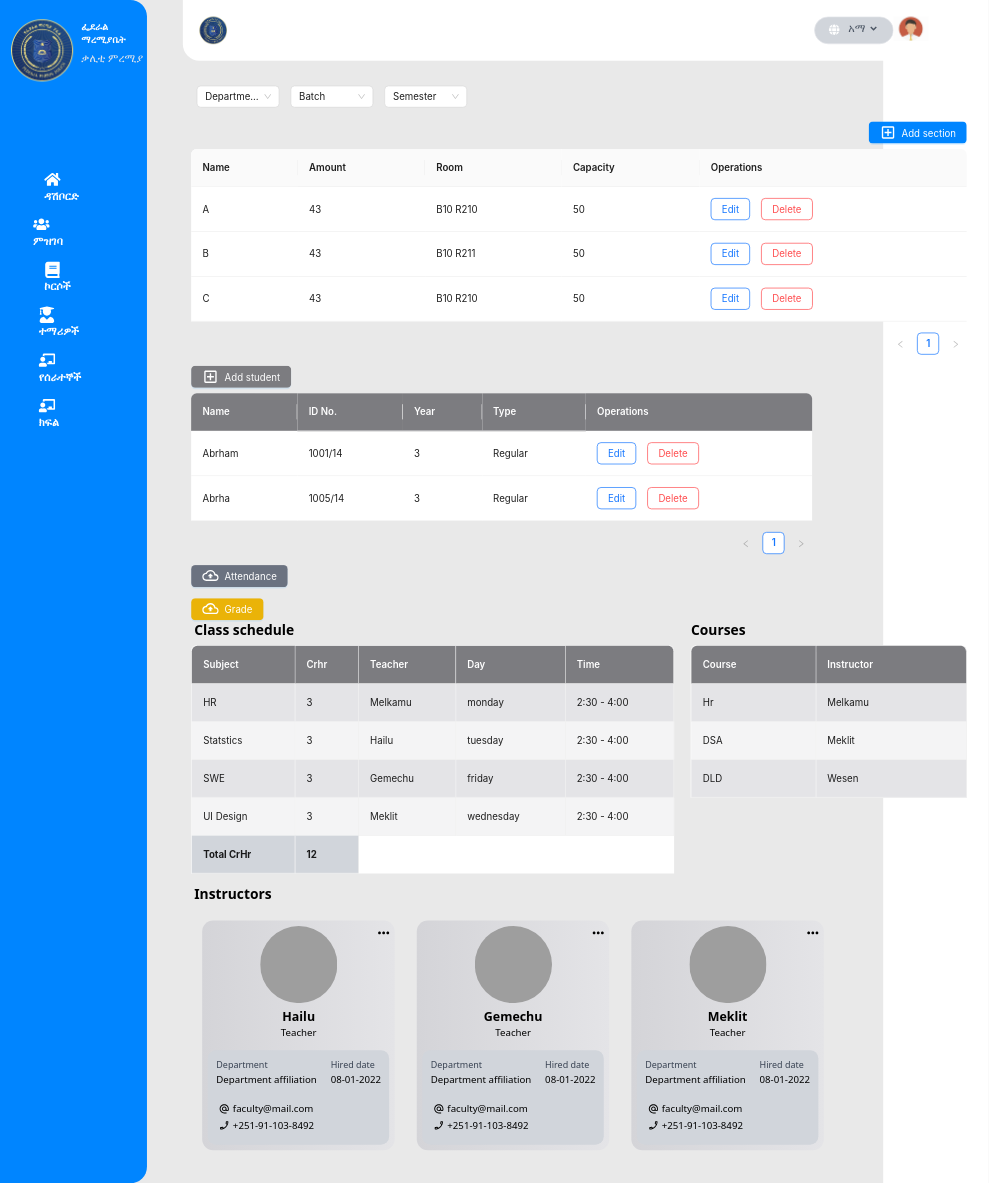
Repository: Yigoya/federal-prison-education-ms-frontend
Page: /classroom, after clicking the first element matching `td.ant-table-cell > a`
An editor plug-in stored every save of this project. The page is shown before and after a run of saves, followed by the edit.
The browser window is 1280 px wide. The page is 1433 px wide, so the pictures cover 1433 px, including what lies to the right of the window. The pictures show the whole page, at 69% of full size.
Pictures or frames that could not be fetched are drawn as grey boxes. The project was rebuilt for these pictures with package versions that can differ from the ones it lists, and the page was loaded fresh each time. Also part of the build but not shown: vite.config.js, src/pages/DashBoard.jsx, src/pages/Courses.jsx, src/layout/AuthLayout.jsx, src/pages/Login.jsx, src/pages/Teachers.jsx, src/pages/StudentRegistration.jsx, src/components/classroom/ComboBox.jsx and 1 more. Imported but missing from the stored project, and not drawn on this page: src/pages/Students.

Above is the page before, as saved 2024-07-05 16:52:46.

After the next 4 saves:
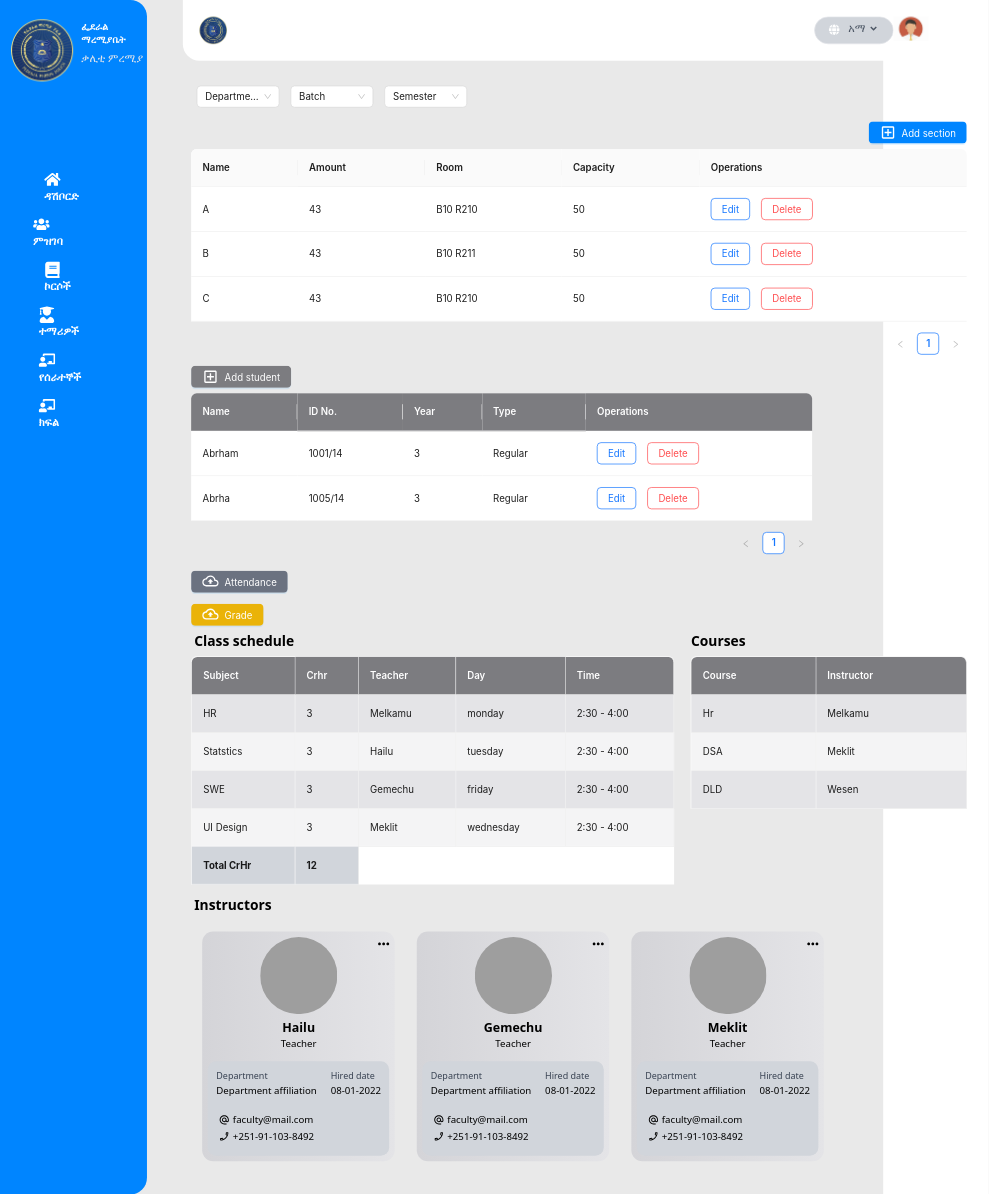
The 4 saves are shown as one change because they came seconds apart.
The last was saved 14 s later.
--- a/src/components/classroom/SectionsTable.jsx
+++ b/src/components/classroom/SectionsTable.jsx
@@ -58,7 +58,7 @@
       {activeSection && (
         <div>
           <StudentsTable section={activeSection} />
-          <div className="flex flex-col gap-4">
+          <div className="flex flex-col gap-4 my-2">
           <UploadCenter text={"Attendance"} color={"bg-gray-500"} />
           <UploadCenter text={"Grade"} color={"bg-yellow-500"} />
           </div>
